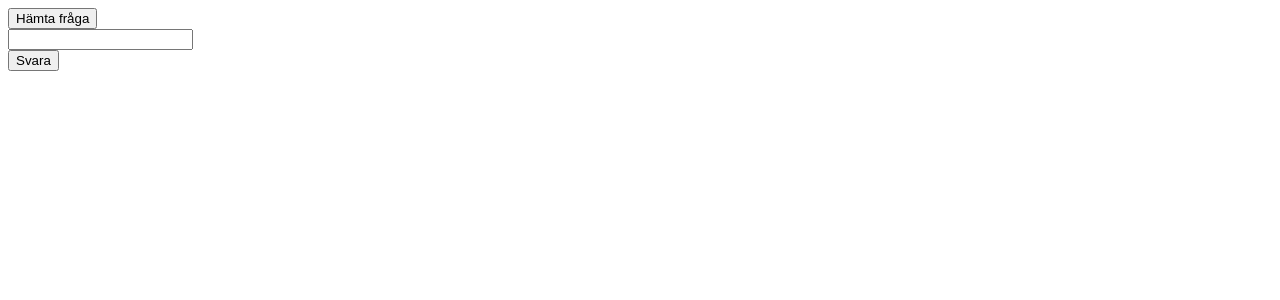
Repository: kh222mj/1dv403-laborationer
Page: 4-thequiz/index.html
The author's editor kept a record of every edit. The page is drawn from the files as they stood at one moment, then again after the next edit.
The browser window is 1280 px wide. The pictures show the whole page.
The page's requests for data from a server got no answer.

Above is the page before.

### 4-thequiz/index.html
<!DOCTYPE html>
<html>
    <head>
        <title> </title>
        <meta charset="UTF-8"/>
    </head>
    <body>
        <input type="button" id="get" value="Hämta fråga">
        <br>
        <input type="text" id="svaret">
        <br/>
        <input type="button" id="send" value="Svara">
        <script type="text/javascript" src="js/script.js"></script>
    </body>
</html>

### 4-thequiz/js/script.js
var nextURL = "";
var nextQuest = "http://vhost3.lnu.se:20080/question/1";
var count = 0;
var quest = 0;
var tries = [];
var wrong = 0;

window.onload = function(){

    var createP = function(str){
          var p = document.createElement("p");
          var textnode = document.createTextNode(str);
          p.appendChild(textnode);
          document.getElementById("quest").appendChild(p);
    };

    var getQuest = function(){

        quest++;
        var xhr = new XMLHttpRequest();

        xhr.onreadystatechange = function(){

          if(xhr.readyState === 4 && xhr.status === 200){
              var req = JSON.parse(xhr.responseText);
              createP(req.question);
              nextURL = req.nextURL;
            }
          };
        xhr.open("GET", nextQuest, true);
        xhr.send(null);
        };
        getQuest();

    document.getElementById("send").addEventListener("click", function(){
       count++;
       var xhr = new XMLHttpRequest();
       xhr.onreadystatechange = function(){
       if(xhr.readyState === 4 && xhr.status === 200){
            var req = JSON.parse(xhr.responseText);
            nextQuest = req.nextURL;
            createP("Rätt svar!");
            var obj = "På fråga " + quest + " hade du " + count + " antal försök!";
            tries.push(obj);
            count = 0;
            getQuest();
        }
       if(xhr.status === 400){
           wrong++;
           if(wrong == 3){
               wrong = 0;
               createP("Fel svar, försök igen!");
           }
       }

       if(quest == 6){
           createP("Du klarade alla frågor!!");
           for(var i = 0; i < tries.length; i++){
               createP(tries[i]);
           }
       }

       };
       xhr.open("POST", nextURL, true);
       xhr.setRequestHeader("Content-Type", "application/json");

       var svar = document.getElementById("svaret");
       var svaret = svar.value;

       if(svaret.length === 0){
           alert("Skriv in ditt svar i textfältet");
           return;
       }

       var test = {
           "answer": svaret
       };
       xhr.send(JSON.stringify(test));

    });
};

After the next edit:
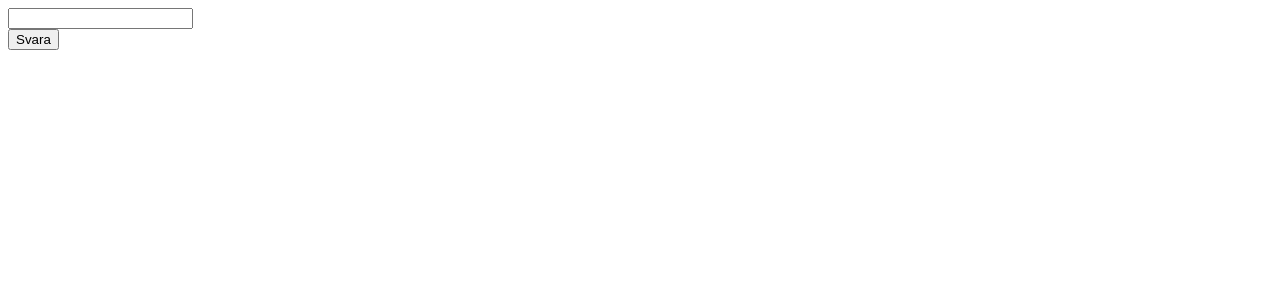
The edit:
--- a/4-thequiz/index.html
+++ b/4-thequiz/index.html
@@ -5,8 +5,7 @@
         <meta charset="UTF-8"/>
     </head>
     <body>
-        <input type="button" id="get" value="Hämta fråga">
-        <br>
+        <div id="quest"></div>
         <input type="text" id="svaret">
         <br/>
         <input type="button" id="send" value="Svara">
